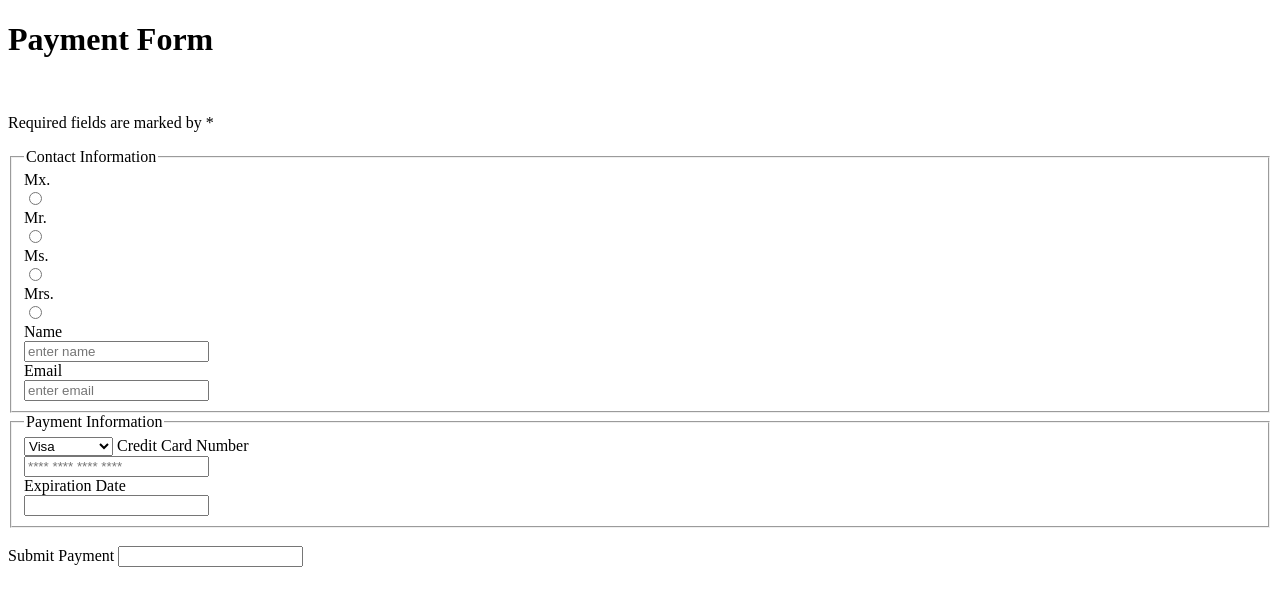
Repository: 10-2-pursuit/lab-intro-to-forms
Page: index.html
The author's editor kept a copy of each file at every save. The page is drawn from the files as they stood at one save, then again after a run of saves.
The browser window is 1280 px wide. The pictures show the whole page.

Above is the page before, as saved 2023-06-13 21:57:44.

After the next 3 saves:
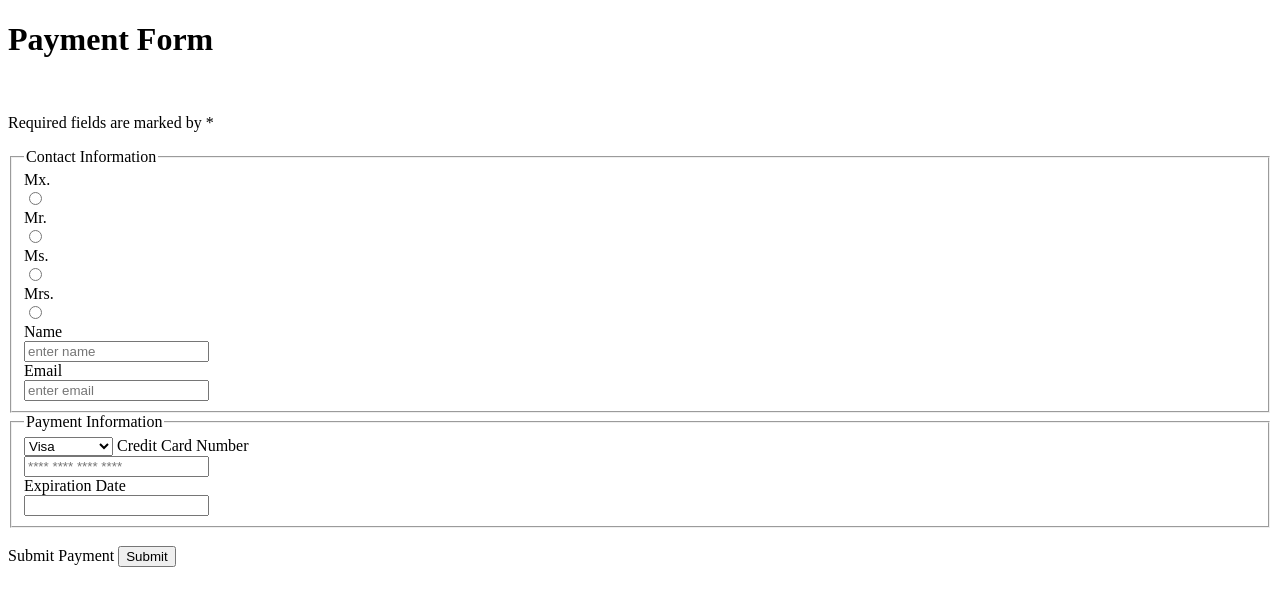
The 3 saves are shown as one change because they came seconds apart.
The last was saved 62 s later.
--- a/index.html
+++ b/index.html
@@ -53,7 +53,7 @@
         </fieldset>
             <br>
             <label for="Submit-Payment">Submit Payment</label>
-        <input type="Submit Payment">
+        <input type="submit">
 
 
     </form>
